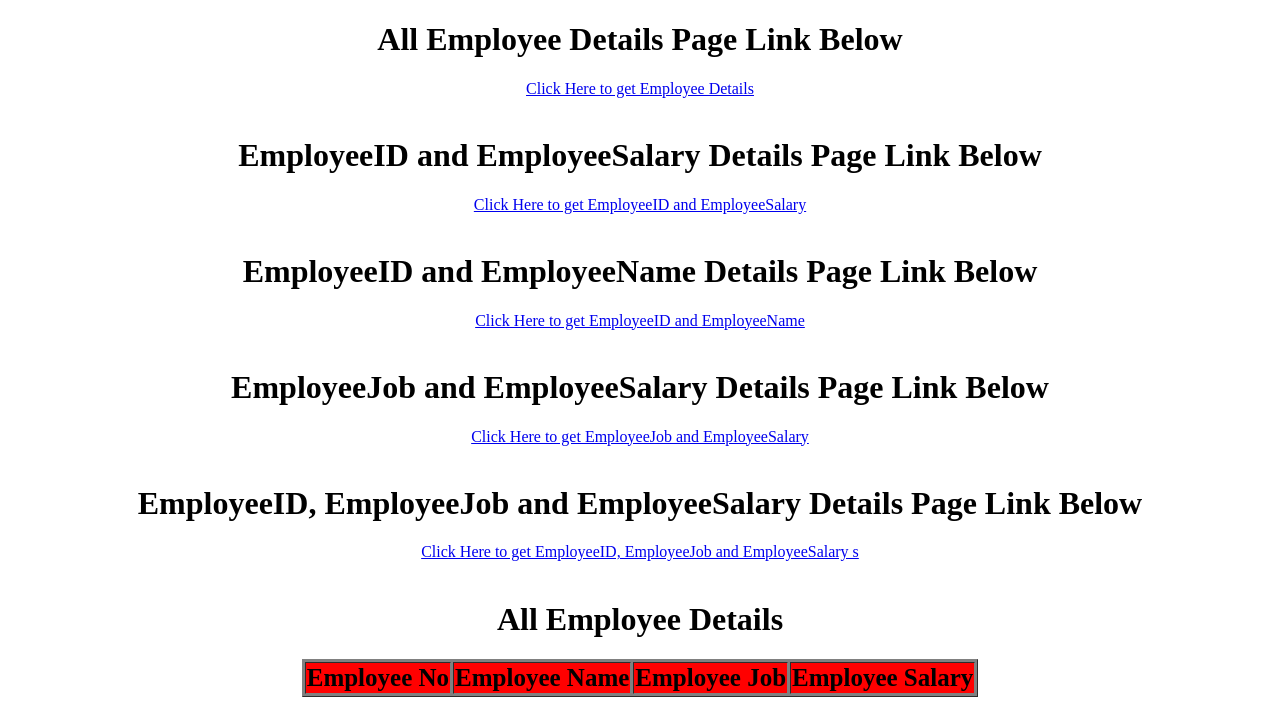
Repository: RhutujaBD/SpringMVCSession
Page: http://localhost/Spring-MVC-JDBCTemplate/WEB-INF/pages/home.jsp
The author's editor kept a copy of each file at every save. The page is drawn from the files as they stood at one save, then again after the next save.
The browser window is 1280 px wide. The pictures show the whole page.
The page is served by Tomcat 9. Nobody is signed in. The template is opened directly, without the code that normally fills it, so the values that code supplies are empty.

Above is the page before, as saved 2023-03-29 10:52:26.

After the next save:
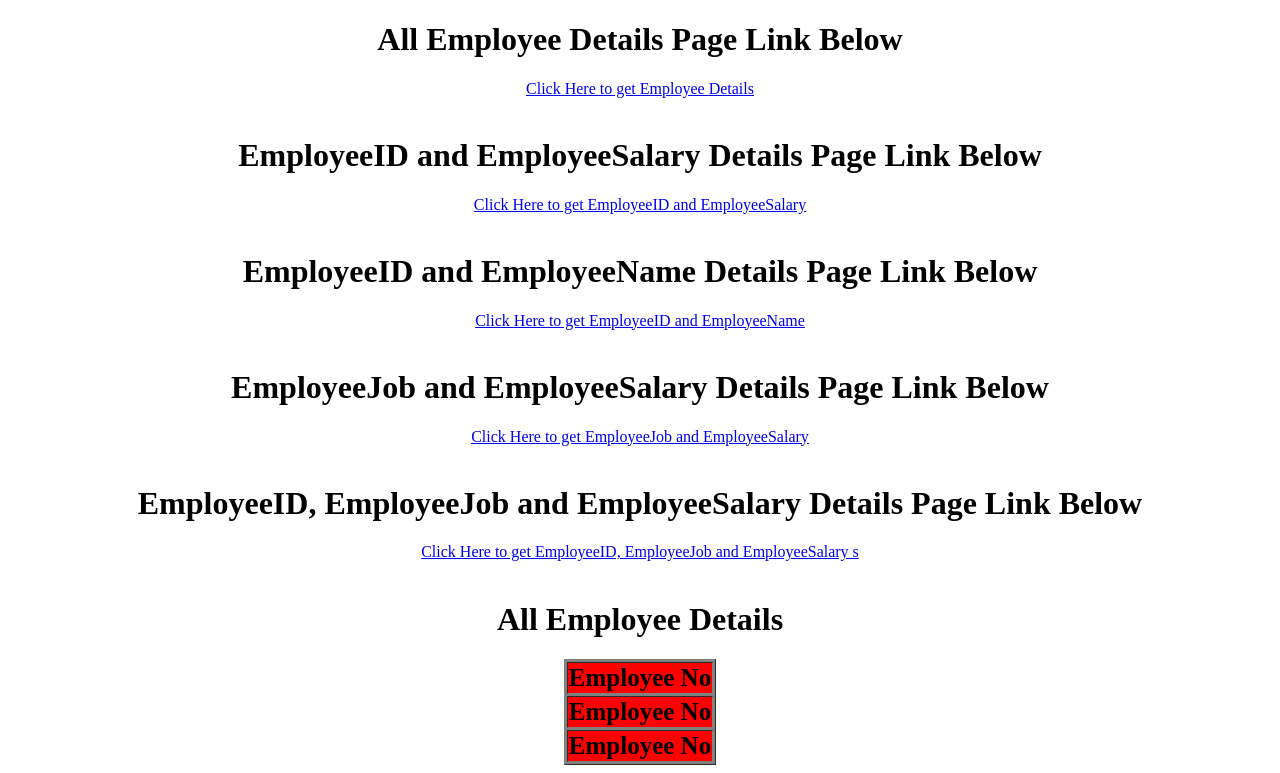
Saved 2 min 18 s later.
--- a/Spring-MVC-JDBCTemplate/src/main/webapp/WEB-INF/pages/home.jsp
+++ b/Spring-MVC-JDBCTemplate/src/main/webapp/WEB-INF/pages/home.jsp
@@ -45,11 +45,21 @@
 		<tr bgcolor="red" bordercolor="black">
 
 			<th>Employee No</th>
-			<th>Employee Name</th>
-			<th>Employee Job</th>
-			<th>Employee Salary</th>
 
 		</tr>
+
+		<tr bgcolor="red" bordercolor="black">
+
+			<th>Employee No</th>
+
+		</tr>
+
+		<tr bgcolor="red" bordercolor="black">
+
+			<th>Employee No</th>
+
+		</tr>
+
 	</table>
 
 </body>
